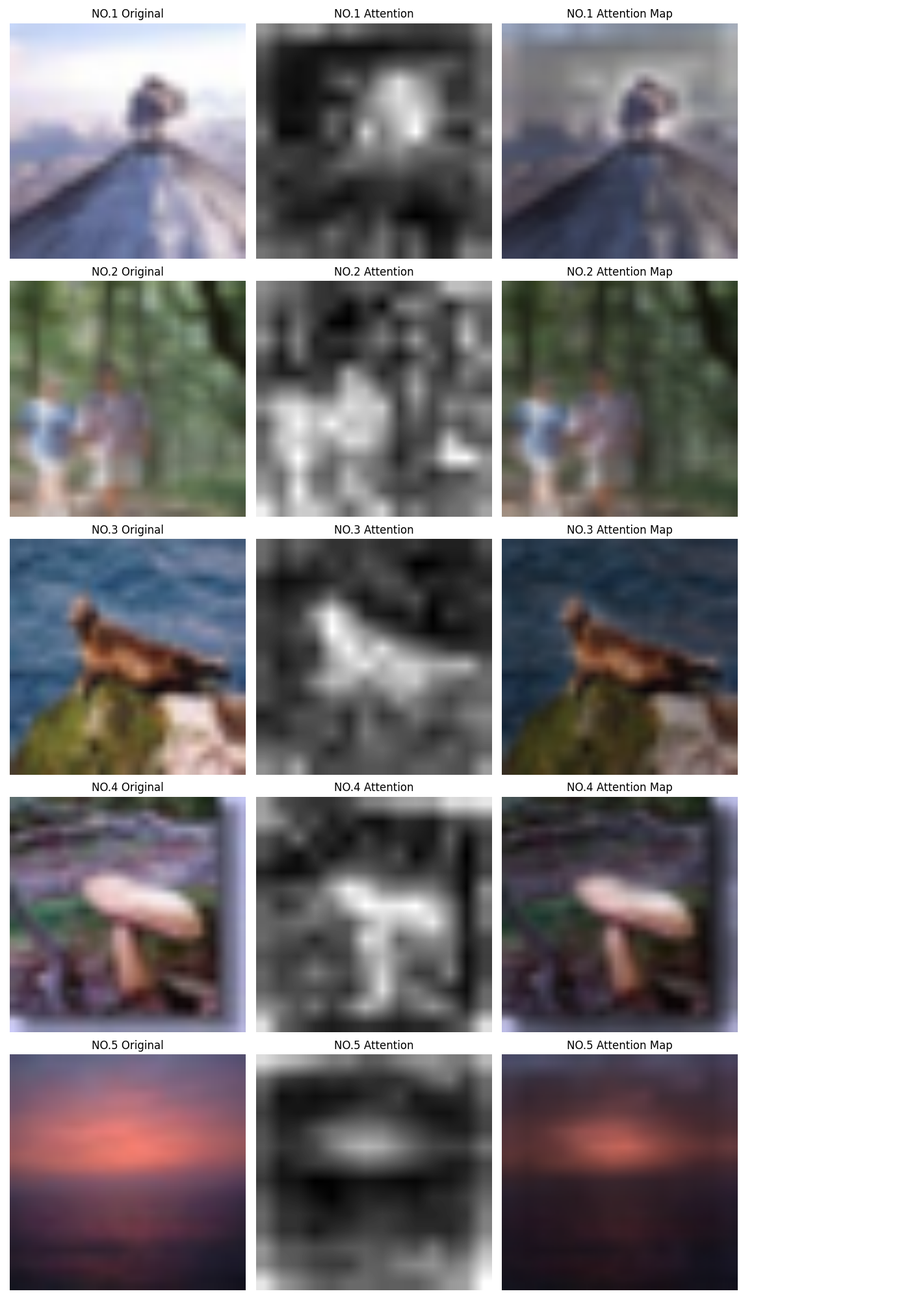
Repository: ginnux/vit
Script's output: python figure/visual.py
The author's editor kept a copy of each file at every save. The script's output is drawn from the files as they stood at one save, then again after the next save.
The pictures are shown at 65% of full size.
Random numbers start from a fixed seed. It also reads figure/visualize.pkl.

Above is the script's output before, as saved 2024-06-24 22:36:01.

After the next save:
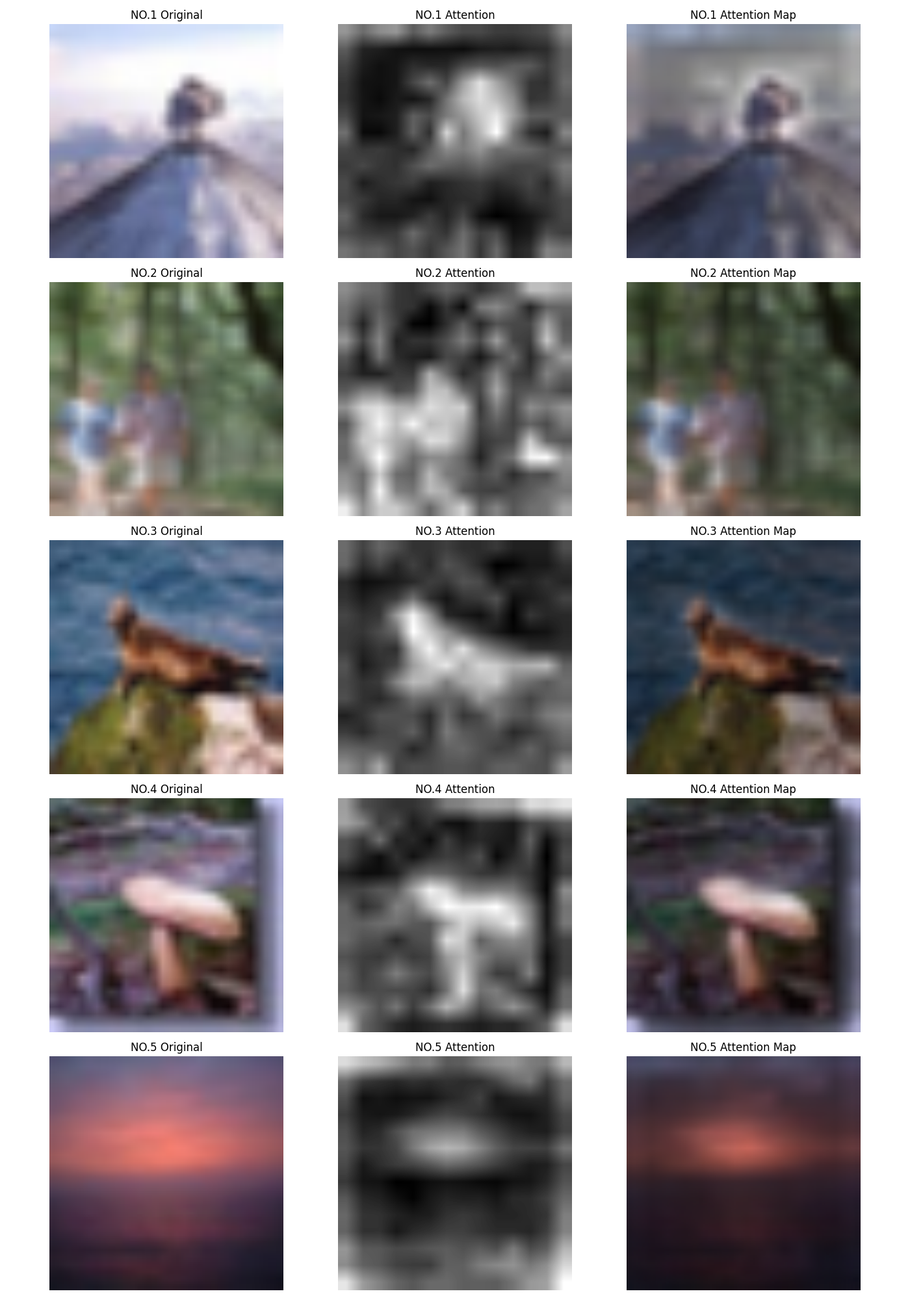
Saved 11 s later.
--- a/figure/visual.py
+++ b/figure/visual.py
@@ -13,7 +13,7 @@ plt.rcParams["font.size"] = 10
 plt.rcParams["font.family"] = "Times New Roman"
 num = len(im_list)
 
-plt.figure(figsize=(11.5, 4 * num))
+plt.figure(figsize=(14, 4 * num))
 
 for i in range(num):
     im = im_list[i]
